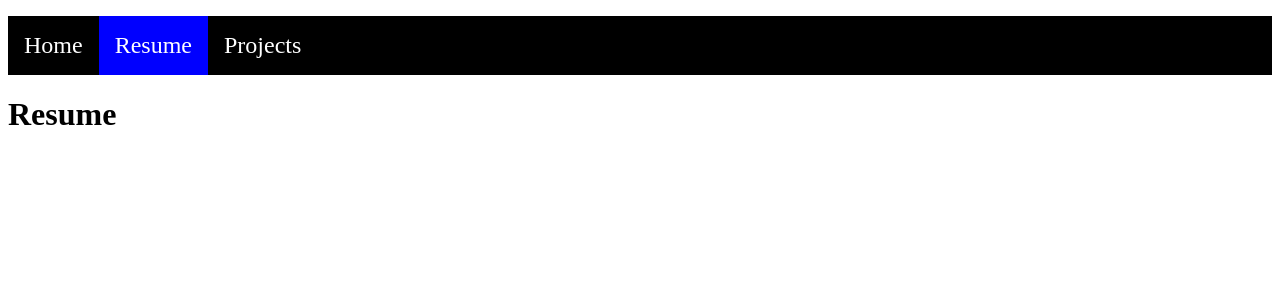
Repository: meganclapinski/meganclapinski.github.io
Page: resume.html
The author's editor kept a record of every edit. The page is drawn from the files as they stood at one moment, then again after the next edit.
The browser window is 1280 px wide. The pictures show the whole page.

Above is the page before.

After the next edit:
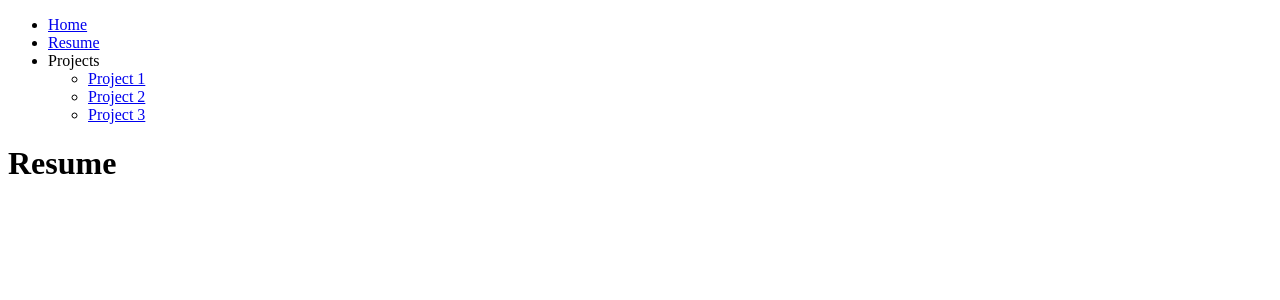
The edit:
--- a/resume.html
+++ b/resume.html
@@ -4,48 +4,6 @@
    <title>Home</title>
 
    <style>
-
-
-       .navbar{
-           list-style:none;
-           background-color:black;
-           overflow: hidden;
-           padding: 0;
-       }
-       .navbar a, .dropdown div {
-           text-decoration:none;
-           color:white;
-           font-size: 24px;
-           padding: 16px ;
-           display:inline-block ;
-       }
-       .navbar li{
-           float:left;
-
-       }
-       .navbar li:hover{
-           background-color:red;
-       }
-       .dropdown-content{
-           list-style:none;
-           padding:0;
-           display:none;
-           position:absolute;
-           z-index:1;
-           background-color:black;
-       }
-       .dropdown-content li{
-           float:none;
-
-       }
-       .dropdown:hover .dropdown-content{
-           display:block;
-       }
-       .active {
-           background-color:blue;
-       }
-
-
 
    </style>
 
